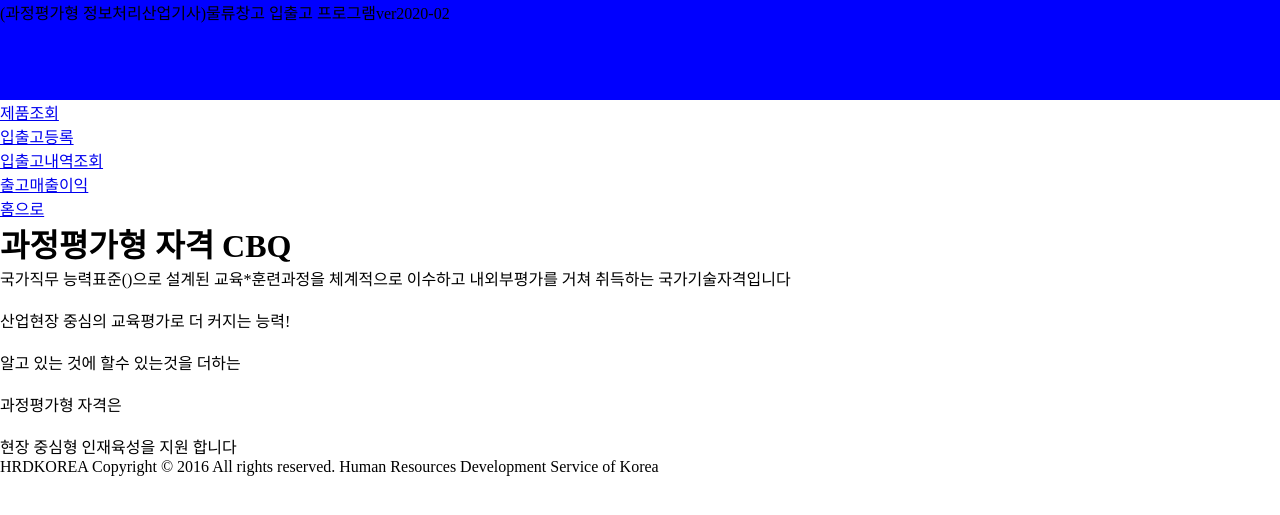
Repository: anakyn01/2_two
Page: http://localhost/cbq_1/two.jsp
An editor plug-in stored every save of this project. The page is shown before and after the next save, followed by the edit.
The browser window is 1280 px wide. The pictures show the whole page.
The page is served by Tomcat 9. Other server files are loaded and not shown.

Above is the page before, as saved 2024-12-11 05:46:37.

### exam/cbq_1/src/main/webapp/two.jsp
<%@ page language="java" contentType="text/html; charset=UTF-8"
    pageEncoding="UTF-8"%>
<jsp:include page="include/header.jsp" flush="false" />

<jsp:include page="include/body.jsp" flush="flase" />

<jsp:include page="include/footer.jsp" flush="false" />

### exam/cbq_1/src/main/webapp/include/header.jsp
<%@ page language="java" contentType="text/html; charset=UTF-8"
    pageEncoding="UTF-8"%>
<!DOCTYPE html>
<html>
<head>
<meta charset="UTF-8">
<title>물류창고 입출고 프로그램</title>
<link rel="stylesheet" href="css/style.css"/>
</head>
<body>
<header>
(과정평가형 정보처리산업기사)물류창고 입출고 프로그램ver2020-02
</header>
<nav>
<ul class="nav">
<li><a href="one.jsp">제품조회</a></li>
<li><a href="two.jsp">입출고등록</a></li>
<li><a href="three.jsp">입출고내역조회</a></li>
<li><a href="four.jsp">출고매출이익</a></li>
<li><a href="/">홈으로</a></li>
</ul>
</nav>

### exam/cbq_1/src/main/webapp/include/body.jsp
<%@ page language="java" contentType="text/html; charset=UTF-8"
    pageEncoding="UTF-8"%>
<h1>과정평가형 자격 CBQ</h1>
<p>
국가직무 능력표준()으로 설계된 교육*훈련과정을 체계적으로 이수하고 내외부평가를 거쳐 취득하는 국가기술자격입니다<br>
<br>
산업현장 중심의 교육평가로 더 커지는 능력!<br>
<br>
알고 있는 것에 할수 있는것을 더하는<br>
<br>
과정평가형 자격은<br>
<br>
현장 중심형 인재육성을 지원 합니다<br>
</p>

### exam/cbq_1/src/main/webapp/include/footer.jsp
<%@ page language="java" contentType="text/html; charset=UTF-8"
    pageEncoding="UTF-8"%>
<footer>
HRDKOREA Copyright &copy; 2016 All rights reserved. Human Resources Development Service of Korea
</footer>
</body>
</html>

### exam/cbq_1/src/main/webapp/css/style.css
@charset "UTF-8";

html, html * {
margin:0; padding:0; box-sizing:border-box;
}
header{
width:100%; background-color:blue;
height:100px;
}
nav{
width:100%;
}
.nav{
width:100%;
}

After the next save:
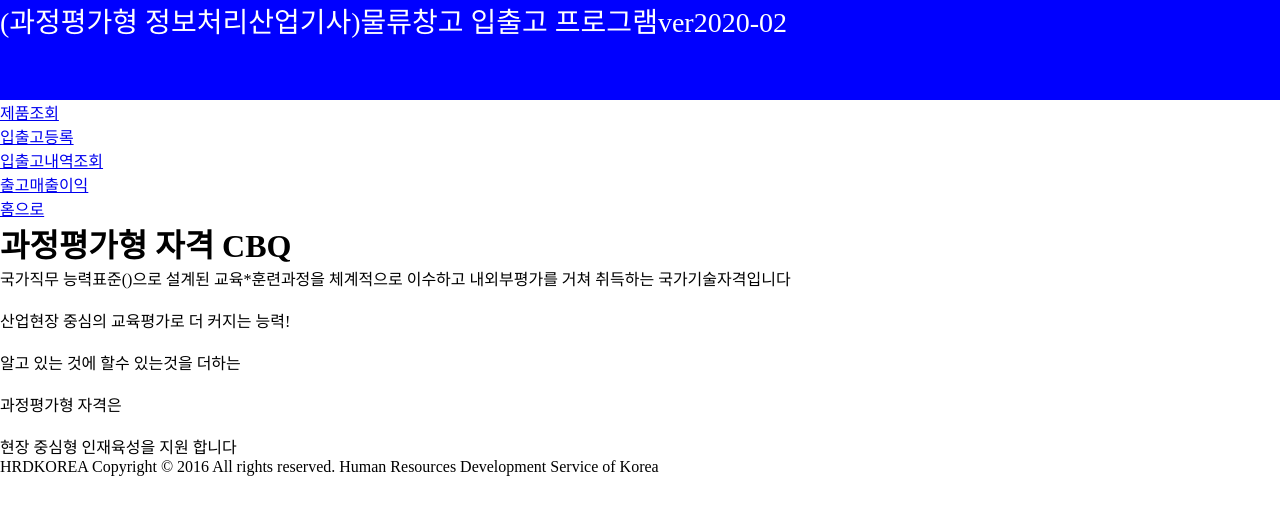
Saved 21 s later.
--- a/exam/cbq_1/src/main/webapp/css/style.css
+++ b/exam/cbq_1/src/main/webapp/css/style.css
@@ -5,7 +5,7 @@ margin:0; padding:0; box-sizing:border-box;
 }
 header{
 width:100%; background-color:blue;
-height:100px;
+height:100px; color:white; font-size:28px;
 }
 nav{
 width:100%;
